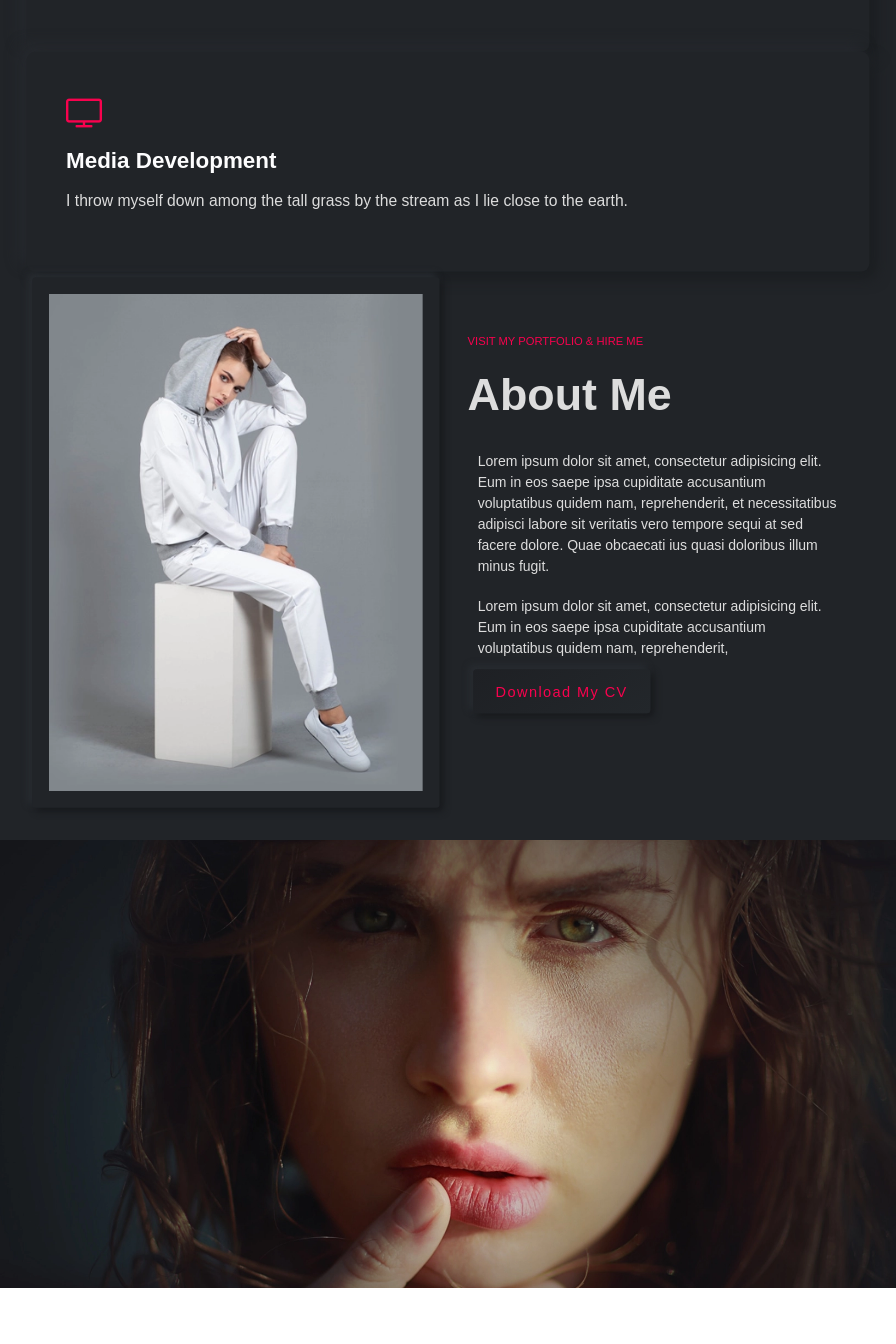
Repository: arminprogramme/inbio
Page: /
The author's editor kept a copy of each file at every save. The page is drawn from the files as they stood at one save, then again after the next save.
The browser window is 1280 px wide. The pictures show the part of the page from y = 1520 to 3440 px (the page is 3440 px tall before and 3385 px after), at 70% of full size.
Backgrounds fixed to the window are drawn as part of the page. Some web libraries are served in a nearby version. The project was rebuilt for these pictures with package versions that can differ from the ones it lists, and the page was loaded fresh each time. Also part of the build but not shown: vite.config.js.

Above is the page before, as saved 2023-10-20 04:33:12.

### index.html
<!doctype html>
<html lang="en">

<head>
    <meta charset="UTF-8" />
    <link rel="icon" type="image/svg+xml" href="/vite.svg" />
    <link rel="stylesheet" href="https://cdnjs.cloudflare.com/ajax/libs/font-awesome/4.7.0/css/font-awesome.min.css">
    <link href="https://cdnjs.cloudflare.com/ajax/libs/flowbite/1.8.1/flowbite.min.css" rel="stylesheet" />
    <meta name="viewport" content="width=device-width, initial-scale=1.0" />
    <title>Vite + React</title>
</head>

<body>
    <div id="root"></div>
    <script src="https://cdnjs.cloudflare.com/ajax/libs/flowbite/1.8.1/flowbite.min.js"></script>
    <script type="module" src="/src/main.jsx"></script>
</body>

</html>

### src/App.jsx
import   { Component } from 'react';
import LandingPage from './Component/LandingPage.jsx'
import './App.css'

class App extends Component {


  render() {
    return (
    <div>
      <LandingPage />
    </div>
    );
  }


}

export default App;

### src/index.css
:root {
    font-family: Inter, system-ui, Avenir, Helvetica, Arial, sans-serif;
}

a {
    font-weight: 500;
    color: #646cff;
    text-decoration: inherit;
}

* {
    padding: 0;
    margin: 0;
    box-sizing: border-box;
}

@tailwind base;
@tailwind components;
@tailwind utilities;
a:hover {
    color: #535bf2;
}

body {
    margin: 0;
    font-family: 'Vazir', sans-serif;
}

h1 {
    font-size: 3.2em;
    line-height: 1.1;
}

@media (prefers-color-scheme: light) {
     :root {
        color: #213547;
        background-color: #ffffff;
    }
    a:hover {
        color: #747bff;
    }
    button {
        background-color: #f9f9f9;
    }
}

### src/Component/LandingPage.jsx
import  { Component } from 'react';
import Header from './Header/Header.jsx'
import Body from './Body/Body.jsx'
//import Footer from './Footer/Footer.jsx'
class LandingPage extends Component {
    render() {
        return (
            <div>
                <Header/>
                <Body/>

            </div>
        );
    }
}

export default LandingPage;

### src/Component/Header/Header.jsx
import  { Component } from 'react';
import NavBar from './Navbar.jsx'
import './Header.css'
class Header extends Component {
    render() {
        return (
            <div>
                <NavBar/>
                <div className="banner-header text-center">
                    <h1 className='font-bold text-white'>KRISTINA SOMOLYER</h1>
                    <p>American Supermodel & Entrepreneur</p>
                </div>
            </div>
        );
    }
}

export default Header;

### src/Component/Body/Body.jsx
import  { Component } from 'react';
import Services from './Services/Services.jsx'
import About from './About/About.jsx'
import './Body.css'
class Body extends Component {
    render() {
        return (
            <>
            <div className='black-bg '>
                <div className="limit-width">
                    <Services/>
                    <About/>
                </div>
                <div className="girl-bg">

                </div>
            </div>
            </>
        );
    }
}

export default Body;

### src/Component/Header/Navbar.jsx
import  { Component } from 'react';

class Navbar extends Component {
    render() {
        return (
            <div>

<nav className=" black-bg">
  <div className="max-w-screen-xl flex flex-wrap items-center justify-between mx-auto p-6">
    <a href="https://.com/" className="flex items-center">
       <h2 className='text-white'>React Project</h2>
    </a>
    <button data-collapse-toggle="navbar-default" type="button"  className="inline-flex items-center p-2 w-10 h-10 justify-center text-sm text-white rounded-lg md:hidden " aria-controls="navbar-default" aria-expanded="false">
    <i className="fa fa-bars text-white"></i>

    </button>
    <div className="hidden w-full md:block md:w-auto" id="navbar-default">
      <ul className="font-medium flex flex-col p-4 md:p-0 mt-4 border border-gray-100 rounded-lg text-white md:flex-row md:space-x-8 md:mt-0 md:border-0 black-bg">
        <li>
          <a href="#" className="block py-2 pl-3 pr-4 text-white md:hover:text-gray-700 dark:text-white md:dark:hover:text-gray-500 rounded md:bg-transparent md:p-0 " aria-current="page">Home</a>
        </li>
        <li>
          <a href="#" className="block py-2 pl-3 pr-4 text-gray-900 rounded hover:bg-gray-100 md:hover:bg-transparent md:border-0 md:hover:text-gray-700 md:p-0 dark:text-white md:dark:hover:text-gray-500 dark:hover:bg-gray-700 dark:hover:text-white md:dark:hover:bg-transparent">About</a>
        </li>
        <li>
          <a href="#" className="block py-2 pl-3 pr-4 text-gray-900 rounded md:hover:text-gray-700 md:p-0 dark:text-white md:dark:hover:text-gray-500 dark:hover:bg-gray-700 dark:hover:text-white md:dark:hover:bg-transparent">Services</a>
        </li>
        <li>
          <a href="#" className="block py-2 pl-3 pr-4 text-gray-900 rounded hover:bg-gray-100 md:hover:bg-transparent md:border-0 md:hover:text-gray-700 md:p-0 dark:text-white md:dark:hover:text-gray-500 dark:hover:bg-gray-700 dark:hover:text-white md:dark:hover:bg-transparent">Pricing</a>
        </li>
        <li>
          <a href="#" className="block py-2 pl-3 pr-4 text-gray-900 rounded hover:bg-gray-100 md:hover:bg-transparent md:border-0md:hover:text-gray-700 md:p-0 dark:text-white md:dark:hover:text-gray-500 dark:hover:bg-gray-700 dark:hover:text-white md:dark:hover:bg-transparent">Contact</a>
        </li>
      </ul>
    </div>
  </div>
</nav>

            </div>
        );
    }
}

export default Navbar;

### src/Component/Header/Header.css
.black-bg {
    background-color: #212428;
}

.banner-header {
    background-image: url(../../../bg-image-12.webp);
    background-position: center;
    background-size: cover;
    padding: 20.25rem 0;
}

.banner-header h1 {
    letter-spacing: 6px;
    font-size: 3.2rem;
}

.banner-header p {
    letter-spacing: 6px;
    font-size: 1.2rem;
    padding: 2rem 0;
    color: #fff;
}

### src/Component/Body/Services/Services.jsx
import  { Component } from 'react';
import ServicesItem from './ServicesItem.jsx'
import './Services.css'
class Services extends Component {

    constructor(props){
        super(props)

        this.state = {
            services : [
                {id : 1 , icon : 'red-color fa fa-bars' , title : 'Web Development' , text : 'I throw myself down among the tall grass by the stream as I lie close to the earth.'},
                {id : 2 , icon : 'red-color fa fa-book' , title : 'App Development' , text : 'It uses a dictionary of over 200 Latin words, combined with a handful of model sentence.'},
                {id : 3 , icon : 'red-color fa fa-television' , title : 'Media Development' , text : 'I throw myself down among the tall grass by the stream as I lie close to the earth.'},
            ]
        }
    }
    render() {
        return (
            <div>
              <div className="grid  grid-cols-1 lg:grid-cols-3 gap-10">
              {this.state.services.map(services => {
                return <ServicesItem key={services.id} {...services} />
               })}
              </div>
            </div>
        );
    }
}

export default Services;

### src/Component/Body/About/About.jsx
import  { Component } from 'react';
import ButtonSpecial from '../Buttons/ButtonSpecial.jsx'
import   './About.css'
class About extends Component {

    constructor(props){
        super(props)

        this.state= {
            title : 'Download My CV'
        }
    }
    render() {
        return (
            <div>
                <div className="about-container my-52 grid grid-cols-1 lg:grid-cols-2 gap-2">
                    <div className="img-about">
                        <div className="inner-img-about">
                            <img src="about-5.webp" className='rounded' alt="" />
                        </div>
                    </div>
                    <div className="content-about">
                        <h5 className='red-color'>VISIT MY PORTFOLIO & HIRE ME</h5>
                        <h2>About Me</h2>
                        <p>Lorem ipsum dolor sit amet, consectetur adipisicing elit. Eum in eos saepe ipsa cupiditate accusantium voluptatibus quidem nam, reprehenderit, et necessitatibus adipisci labore sit veritatis vero tempore sequi at sed facere dolore. Quae obcaecati ius quasi doloribus illum minus fugit.</p>
                        <p>Lorem ipsum dolor sit amet, consectetur adipisicing elit. Eum in eos saepe ipsa cupiditate accusantium voluptatibus quidem nam, reprehenderit,</p>

                       <div className="mx-2 button-about">
                       <ButtonSpecial title={this.state.title}/>
                       </div>
                    </div>
                </div>
            </div>
        );
    }
}

export default About;

### src/Component/Body/Body.css
.limit-width {
    max-width: 1450px;
    padding: 6rem 3% 3%;
    margin: auto;
}

.girl-bg {
    background-image: url(../../../bg-image-8.webp);
    padding: 20em;
    background-attachment: fixed;
    background-size: cover;
    background-position: center;
    margin-bottom: 5rem;
}

### src/Component/Body/Services/ServicesItem.jsx
import { Component } from 'react';

class ServicesItem extends Component {
    render() {
        return (
            <div className='services-item'>
                <div className="icon-services">
                    <i className={this.props.icon}></i>
                </div>
                <div className="content-services">
                <h2 className='font-bold'>{this.props.title}</h2>
                <p>{this.props.text}</p>
                </div>
            </div>
        );
    }
}

export default ServicesItem;

### src/Component/Body/Services/Services.css
.icon-services i {
    font-size: 3rem;
}

.red-color {
    color: #f8024e;
}

.content-services {
    padding: 1.2rem 0;
    color: #FDFDFE;
}

.content-services h2 {
    font-size: 2rem;
    padding-bottom: 1rem;
}

.content-services p {
    line-height: 2.25rem;
    font-size: 1.4rem;
}

.services-item {
    border-radius: 12px;
    transition: 0.5s!important;
    padding: 4rem 3.5rem;
    background: #212428;
    box-shadow: 10px 10px 20px #1b1e21, -10px -10px 20px #272a2f;
    -webkit-transition: 0.5s!important;
    -moz-transition: 0.5s!important;
    -ms-transition: 0.5s!important;
    -o-transition: 0.5s!important;
    cursor: pointer;
}

.services-item:hover {
    border-radius: 12px;
    transform: translateY(-1.2rem);
    transition: 0.5s!important;
    background: linear-gradient(145deg, #23272b, #16171a);
    box-shadow: 10px 10px 13px #1b1e21, -10px -10px 13px #272a2f;
    -webkit-transition: 0.5s!important;
    -moz-transition: 0.5s!important;
    -ms-transition: 0.5s!important;
    -o-transition: 0.5s!important;
    -webkit-transform: translateY(-1.2rem);
    -moz-transform: translateY(-1.2rem);
    -ms-transform: translateY(-1.2rem);
    -o-transform: translateY(-1.2rem);
}

### src/Component/Body/Buttons/ButtonSpecial.jsx
import  { Component } from 'react';
import   './Buttons.css'
class ButtonSpecial extends Component {
    render() {
        return (
           <button className='sp-button red-color'>{this.props.title}</button>
        );
    }
}

export default ButtonSpecial;

### src/Component/Body/About/About.css
.img-about {
    padding: 0.5rem;
    border-radius: 5px;
    max-width: 100%;
}

.inner-img-about {
    border-radius: 5px;
    background: #212428;
    box-shadow: 5px 5px 10px #17191c, -5px -5px 10px #2b2f34;
    -webkit-border-radius: 5px;
    -moz-border-radius: 5px;
    -ms-border-radius: 5px;
    -o-border-radius: 5px;
}

.inner-img-about img {
    width: 100%;
    border-radius: 5px!important;
    -webkit-border-radius: 5px!important;
    -moz-border-radius: 5px!important;
    padding: 1.5rem;
    -ms-border-radius: 5px!important;
    -o-border-radius: 5px!important;
}

.content-about {
    margin: 5.5rem 1.5rem;
}

.content-about h2,
p {
    color: #ddd;
}

.content-about h2 {
    font-size: 4rem;
    padding: 1rem 0;
    font-weight: bold;
}

.content-about p {
    font-size: 1.25rem;
    padding: 0.9rem;
}

### src/Component/Body/Buttons/Buttons.css
.sp-button {
    border-radius: 5px;
    background: linear-gradient(145deg, #1e2024, #23272b);
    box-shadow: 5px 5px 10px #17191c, -5px -5px 10px #2b2f34;
    padding: 1rem 2rem;
    font-size: 1.3rem;
    -webkit-border-radius: 5px;
    -moz-border-radius: 5px;
    letter-spacing: 2px;
    -ms-border-radius: 5px;
    transition: 0.3s;
    -o-border-radius: 5px;
    -webkit-transition: 0.3s;
    -moz-transition: 0.3s;
    -ms-transition: 0.3s;
    -o-transition: 0.3s;
}

.sp-button:hover {
    transition: 0.3s;
    border-radius: 5px;
    transform: translateY(-3px);
    background: linear-gradient(145deg, #23272b, #1e2024);
    box-shadow: 5px 5px 10px #17191c, -5px -5px 10px #2b2f34;
    -webkit-border-radius: 5px;
    -moz-border-radius: 5px;
    -ms-border-radius: 5px;
    -o-border-radius: 5px;
    -webkit-transition: 0.3s;
    -moz-transition: 0.3s;
    -ms-transition: 0.3s;
    -o-transition: 0.3s;
    -webkit-transform: translateY(-3px);
    -moz-transform: translateY(-3px);
    -ms-transform: translateY(-3px);
    -o-transform: translateY(-3px);
}

Loaded but not shown: src/main.jsx (common file); src/App.css (common file)

After the next save:
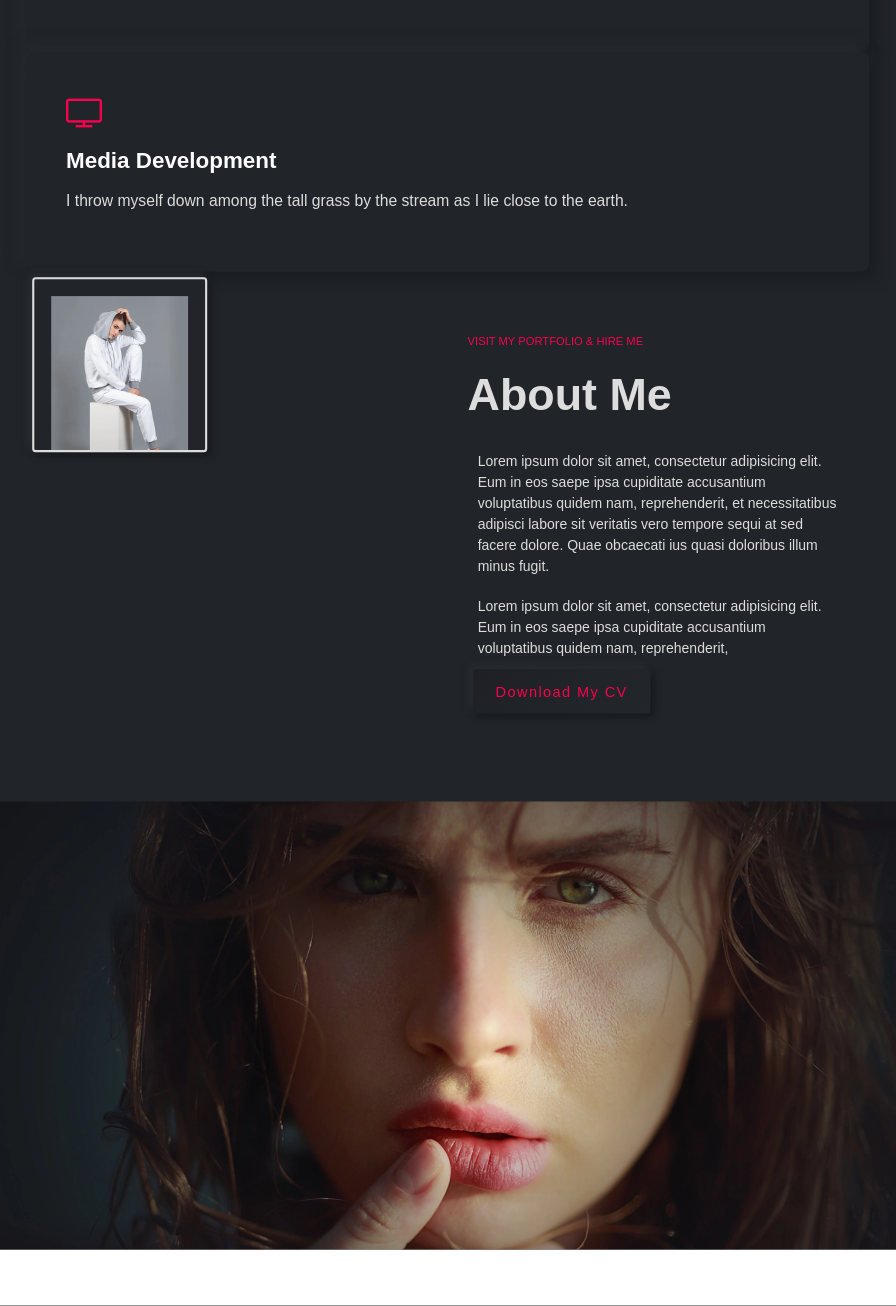
Saved 41 s later.
--- a/src/Component/Body/About/About.css
+++ b/src/Component/Body/About/About.css
@@ -12,6 +12,11 @@
     -moz-border-radius: 5px;
     -ms-border-radius: 5px;
     -o-border-radius: 5px;
+    width: 250px;
+    height: 250px;
+    border: 3px solid #ddd;
+    border-radius: 5px;
+    overflow: hidden;
 }
 
 .inner-img-about img {
